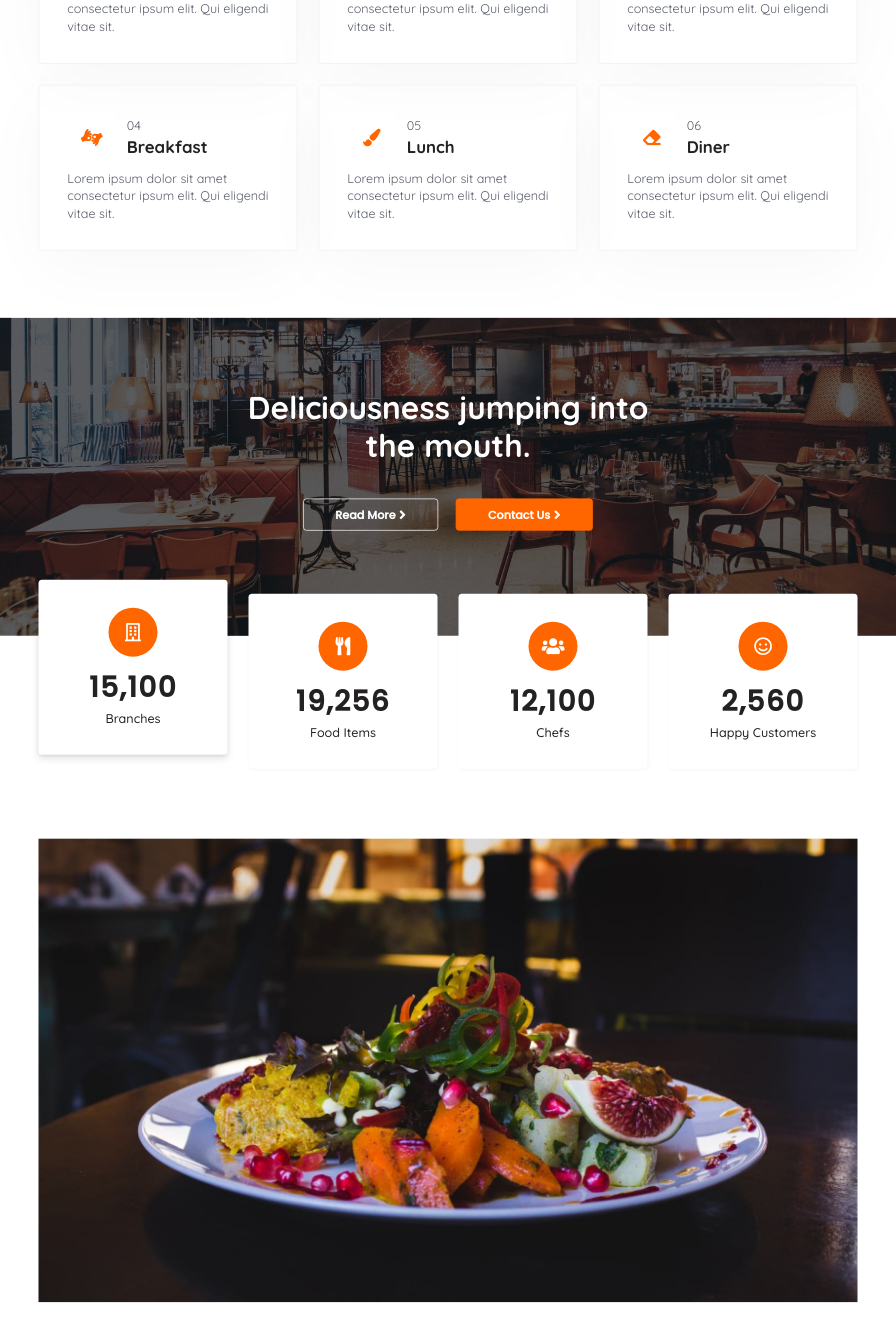
Repository: baobaodeveloper/bootscap21_project_AnhBao_VietToan_VietDuc
Page: index.html
These files come from the project's save history. The page is drawn as it stood at one moment and after the next save; the edit follows.
The browser window is 1280 px wide. The pictures show the part of the page from y = 3043 to 4963 px (the page is 5003 px tall), at 70% of full size.
The pointer rests on the first visible `.count-item`.
Backgrounds fixed to the window are drawn as part of the page.

Above is the page before, as saved 2022-03-04 09:25:55.

After the next save:
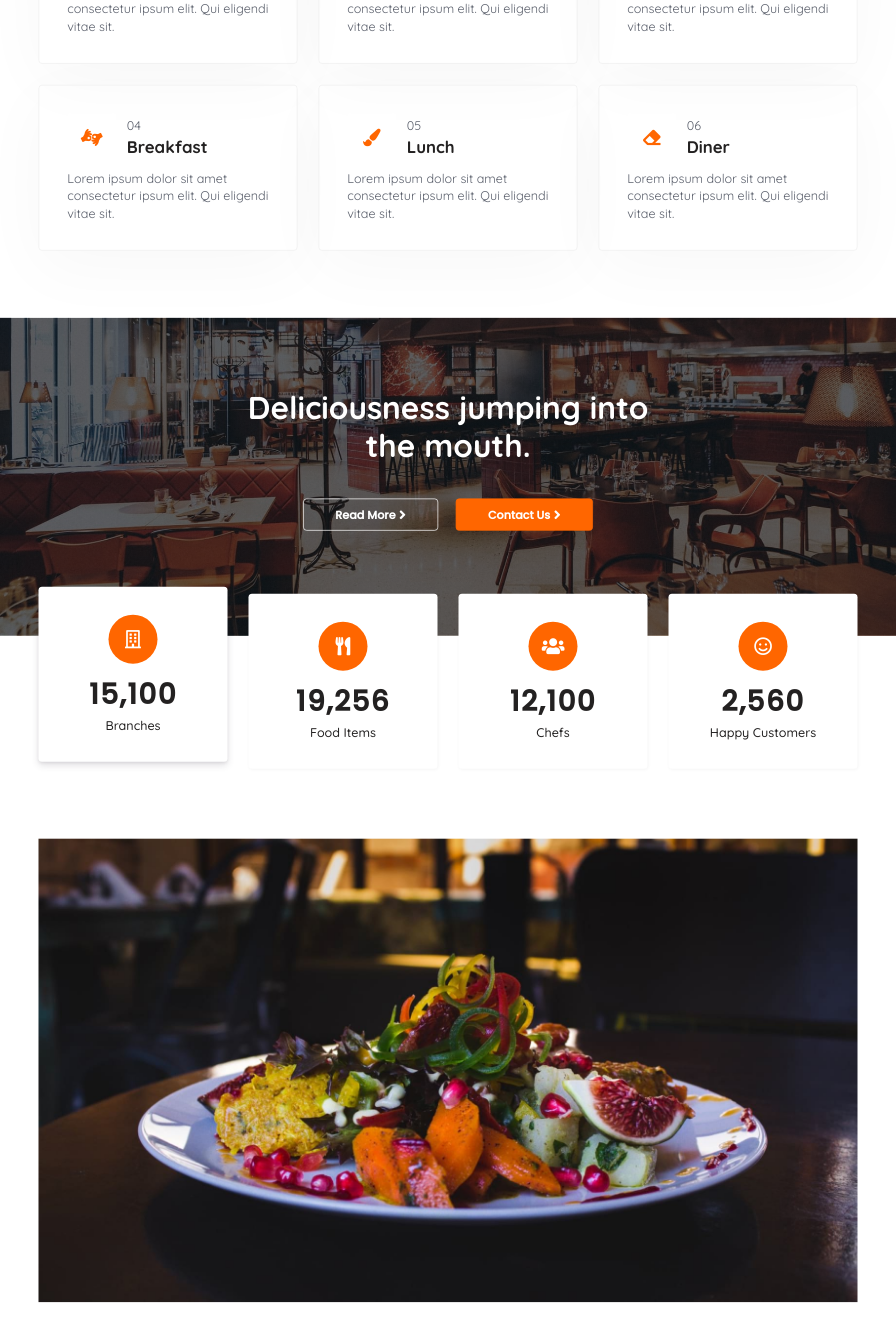
Saved 9 s later.
--- a/style.css
+++ b/style.css
@@ -602,7 +602,7 @@ body {
 .count-item:hover {
   box-shadow: rgb(46 41 51 / 8%) 0px 2px 4px, rgb(71 63 79 / 16%) 0px 5px 10px;
 
-  transform: translateY(-2rem);
+  transform: translateY(-1rem);
 }
 
 .count-item i {
